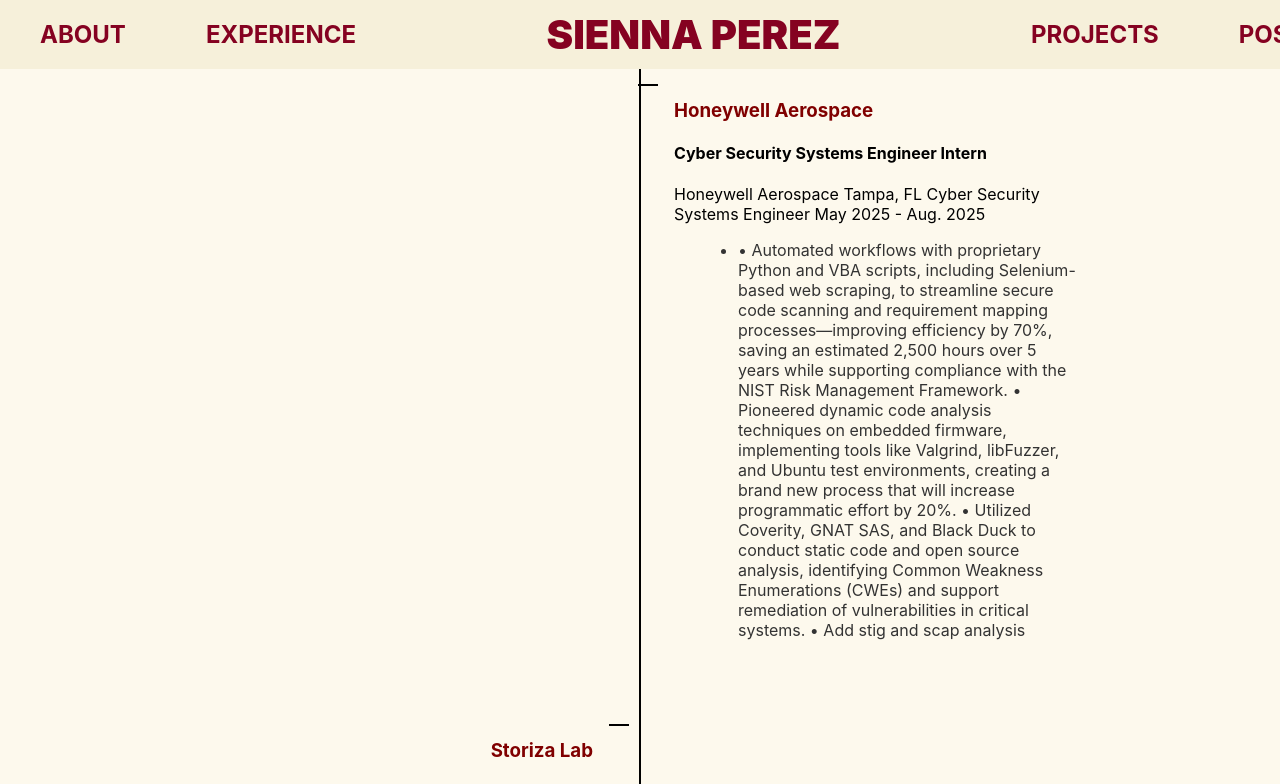
Repository: siennaperez/siennaperezweb
Page: /experience
These files come from the project's save history. The page is drawn as it stood at one moment and after the next save; the edit follows.
The browser window is 1280 px wide. The pictures show the whole page.
An inner scrolling area shows only its first screen. The project was rebuilt for these pictures with package versions that can differ from the ones it lists, and the page was loaded fresh each time. Also part of the build but not shown: src/App.css, src/pages/About.css, src/pages/About.js, src/pages/Home.js.

Above is the page before, as saved 2025-09-21 15:19:02.

### src/App.js
import './App.css';
import ReactDOM from "react-dom/client";
import { BrowserRouter, Routes, Route, Link } from "react-router-dom";
import Navbar from "./components/Navbar";
import Home from "./pages/Home";
import About from "./pages/About";
import Experience from "./pages/Experience";


function App() {
  return (
    <BrowserRouter>
      <Navbar />
      <Routes>
        <Route path="/" element={<Home />} />
        <Route path="/about" element={<About />} />
        <Route path="/experience" element={<Experience />} />

      </Routes>
    </BrowserRouter>
  );
}

export default App;

const root = ReactDOM.createRoot(document.getElementById('root'));
root.render(<App />);

### src/components/Navbar.js
import "./Navbar.css";

import { Link } from 'react-router-dom';

const Navbar = () => {
  return (
    <nav className= "navbar">
      <ul className="nav-list">
        <div class="nav-left">
      <li class="nav-item"><a href="/about">ABOUT</a></li>
      <li class="nav-item"><a href="/experience">EXPERIENCE</a></li>
    </div>

    <div class="nav-center">
      <li class="nav-item"><a href="/">SIENNA PEREZ</a></li>
    </div>

    <div class="nav-right">
      <li class="nav-item"><a href="/projects">PROJECTS</a></li>
      <li class="nav-item"><a href="/posts">POSTS</a></li>
    </div>
      </ul>

    </nav>
  );
}

export default Navbar;

### src/pages/Experience.js
import "./Experience.css";


function Experience() {
return (
    <div className="experience-container">
      <div className="timeline">
        {/* Honeywell */}
        <div className="timeline-item right">
          <h3>Honeywell Aerospace</h3>
          <h4>Cyber Security Systems Engineer Intern</h4>
          Honeywell Aerospace					             					    Tampa, FL
Cyber Security Systems Engineer 								         May 2025 - Aug. 2025


          <ul>
            <li>•	Automated workflows with proprietary Python and VBA scripts, including Selenium-based web scraping, to streamline secure code scanning and requirement mapping processes—improving efficiency by 70%, saving an estimated 2,500 hours over 5 years while supporting compliance with the NIST Risk Management Framework.
•	Pioneered dynamic code analysis techniques on embedded firmware, implementing tools like Valgrind, libFuzzer, and Ubuntu test environments, creating a brand new process that will increase programmatic effort by 20%.
•	Utilized Coverity, GNAT SAS, and Black Duck to conduct static code and open source analysis, identifying Common Weakness Enumerations (CWEs) and support remediation of vulnerabilities in critical systems.
•	Add stig and scap analysis</li>
          </ul>
        </div>

        {/* Storiza Lab */}
        <div className="timeline-item left">
          <h3>Storiza Lab</h3>
          <ul>
            <li>description here</li>
            <li>more text</li>
          </ul>
        </div>

        {/* Data Job */}
        <div className="timeline-item right">
          <h3>Data Job?</h3>
          <ul>
            <li>description here</li>
            <li>more text</li>
          </ul>
        </div>

        {/* WiCSE */}
        <div className="timeline-item left">
          <h3>WiCSE</h3>
          <ul>
            <li>description here</li>
            <li>more text</li>
          </ul>
        </div>

        {/* WECE */}
        <div className="timeline-item right">
          <h3>WECE</h3>
          <ul>
            <li>description here</li>
            <li>more text</li>
          </ul>
        </div>
      </div>
    </div>
  );
}
  export default Experience;

### src/components/Navbar.css
.navbar {
  background-color: #F6F0DA;
  padding: 10px 40px;
  position: fixed;
  width: 100%;
  top: 0;
  z-index: 100;
}

.nav-list {
  display: flex;
  justify-content: space-between;
  align-items: center;
  list-style: none;
  margin: 0;
  padding: 0;
  font-weight: bold;
  font-size: 24px;
  color: #850221;
}

.nav-left,
.nav-right {
  display: flex;
  gap: 80px;
}

.nav-center {
  font-size: 40px;
  font-weight: 900;
}

.nav-item a {
  text-decoration: none;
  color: #850221;
}

### src/pages/Experience.css
.experience-container {
  background-color: #fdf9ed; /* light beige like mockup */
  padding: 2rem;
  height: 100vh;
  overflow-y: scroll; /* makes it scroll */
}

.timeline {
  position: relative;
  margin: 0 auto;
  width: 80%;
  max-width: 900px;
}

.timeline::before {
  content: "";
  position: absolute;
  top: 0;
  bottom: 0;
  left: 50%;
  width: 2px;
  background: #000;
  transform: translateX(-50%);
}

/* Each timeline item */
.timeline-item {
  width: 45%;
  padding: 1rem;
  position: relative;
  margin: 2rem 0;
}

.timeline-item h3 {
  color: #800000; /* deep red like mockup */
  font-weight: bold;
}

.timeline-item ul {
  list-style-type: disc;
  margin-left: 1.5rem;
  color: #333;
}

/* Positioning left & right */
.timeline-item.left {
  text-align: right;
  left: -2%;
}

.timeline-item.right {
  text-align: left;
  left: 52%;
}

/* Add connector line */
.timeline-item.left::before,
.timeline-item.right::before {
  content: "";
  position: absolute;
  top: 20px;
  width: 20px;
  height: 2px;
  background: #000;
}

.timeline-item.left::before {
  right: -20px;
}

.timeline-item.right::before {
  left: -20px;
}

Loaded but not shown: public/index.html (common file); src/index.js (common file); src/index.css (common file); src/reportWebVitals.js (common file)

After the next save:
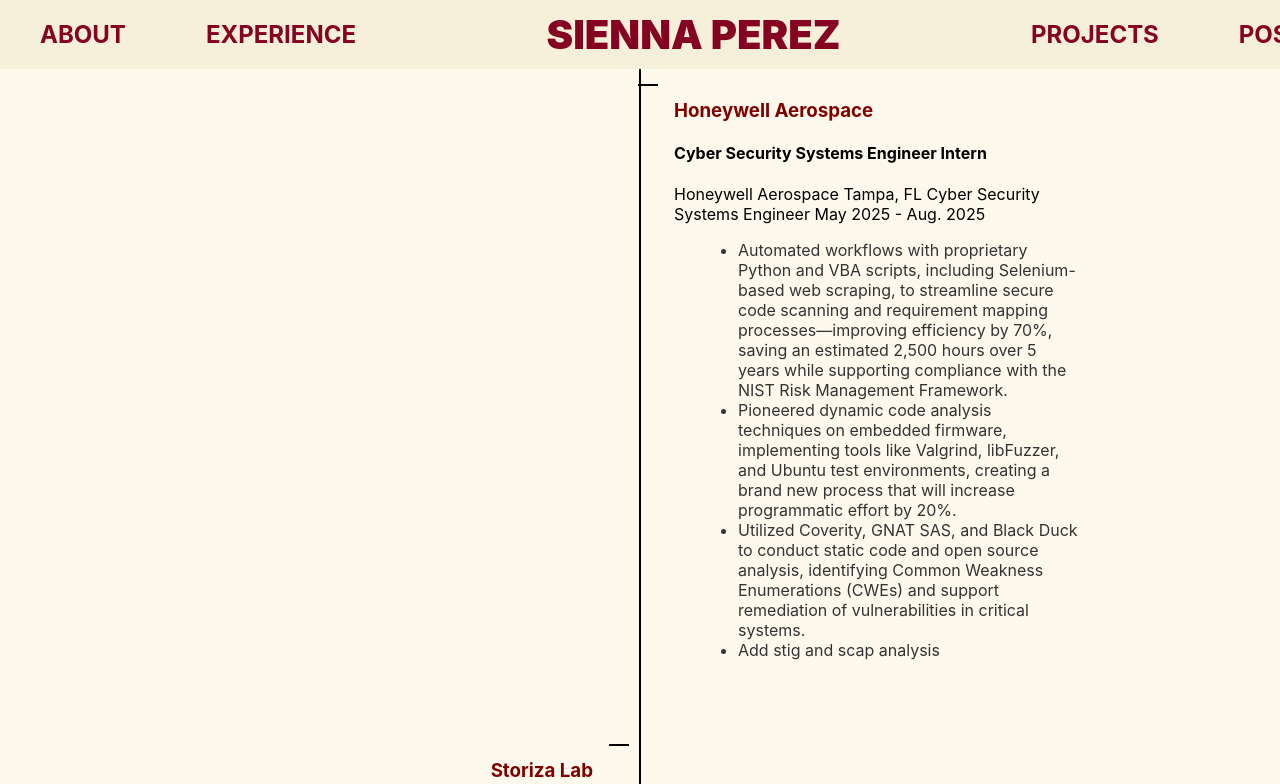
Saved 55 s later.
--- a/src/pages/Experience.js
+++ b/src/pages/Experience.js
@@ -14,10 +14,10 @@
 
 
           <ul>
-            <li>•	Automated workflows with proprietary Python and VBA scripts, including Selenium-based web scraping, to streamline secure code scanning and requirement mapping processes—improving efficiency by 70%, saving an estimated 2,500 hours over 5 years while supporting compliance with the NIST Risk Management Framework.
-•	Pioneered dynamic code analysis techniques on embedded firmware, implementing tools like Valgrind, libFuzzer, and Ubuntu test environments, creating a brand new process that will increase programmatic effort by 20%.
-•	Utilized Coverity, GNAT SAS, and Black Duck to conduct static code and open source analysis, identifying Common Weakness Enumerations (CWEs) and support remediation of vulnerabilities in critical systems.
-•	Add stig and scap analysis</li>
+            <li>Automated workflows with proprietary Python and VBA scripts, including Selenium-based web scraping, to streamline secure code scanning and requirement mapping processes—improving efficiency by 70%, saving an estimated 2,500 hours over 5 years while supporting compliance with the NIST Risk Management Framework.</li>
+            <li>Pioneered dynamic code analysis techniques on embedded firmware, implementing tools like Valgrind, libFuzzer, and Ubuntu test environments, creating a brand new process that will increase programmatic effort by 20%.</li>
+            <li>Utilized Coverity, GNAT SAS, and Black Duck to conduct static code and open source analysis, identifying Common Weakness Enumerations (CWEs) and support remediation of vulnerabilities in critical systems.</li>
+            <li>Add stig and scap analysis</li>
           </ul>
         </div>
 
